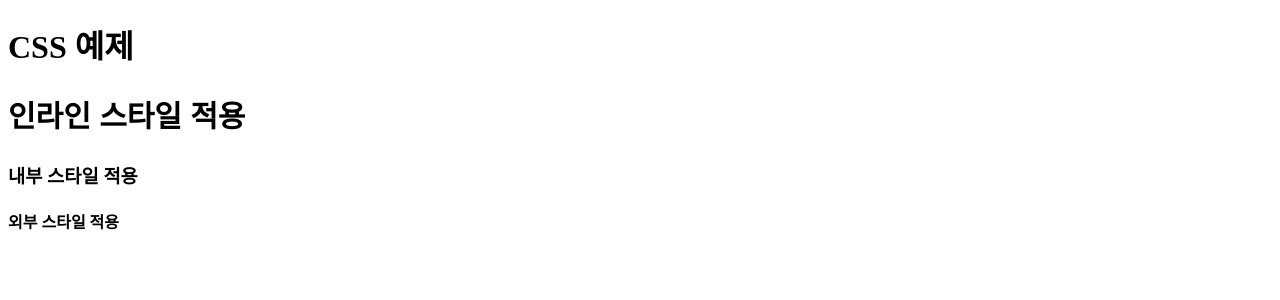
Repository: WonSeungUn/VSCODE
Page: web_work/CSS/WebContent/index.html
An editor plug-in stored every save of this project. The page is shown before and after the next save, followed by the edit.
The browser window is 1280 px wide. The pictures show the whole page.

Above is the page before, as saved 2024-07-09 00:29:15.

### web_work/CSS/WebContent/index.html
<!DOCTYPE html>
<html>
<head>
<meta charset="UTF-8">
<title>Insert title here</title>
</head>
<body>
	<h1>CSS 예제</h1>

	<h2 style="font-family: sans-serif; font-size: 30px;">인라인 스타일 적용</h2>



	<h3>내부 스타일 적용</h3>

	<h4>외부 스타일 적용</h4>
</body>
</html>

After the next save:
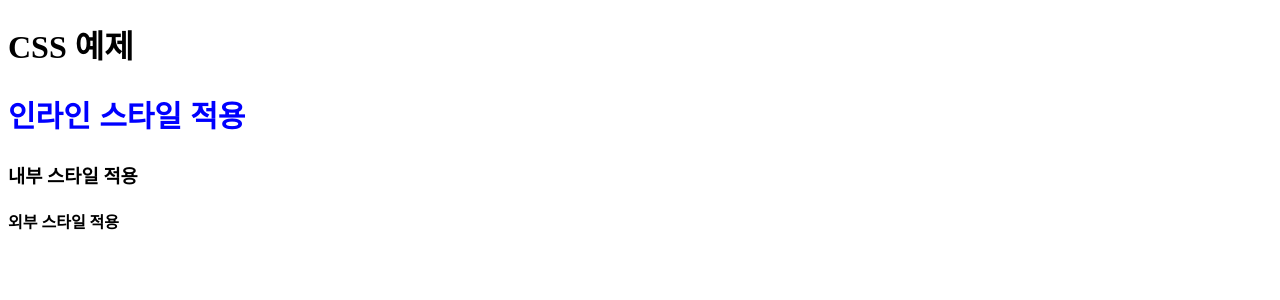
Saved 6 s later.
--- a/web_work/CSS/WebContent/index.html
+++ b/web_work/CSS/WebContent/index.html
@@ -7,7 +7,7 @@
 <body>
 	<h1>CSS 예제</h1>
 
-	<h2 style="font-family: sans-serif; font-size: 30px;">인라인 스타일 적용</h2>
+	<h2 style="font-family: sans-serif; font-size: 30px; color: blue;">인라인 스타일 적용</h2>
 
 
 
